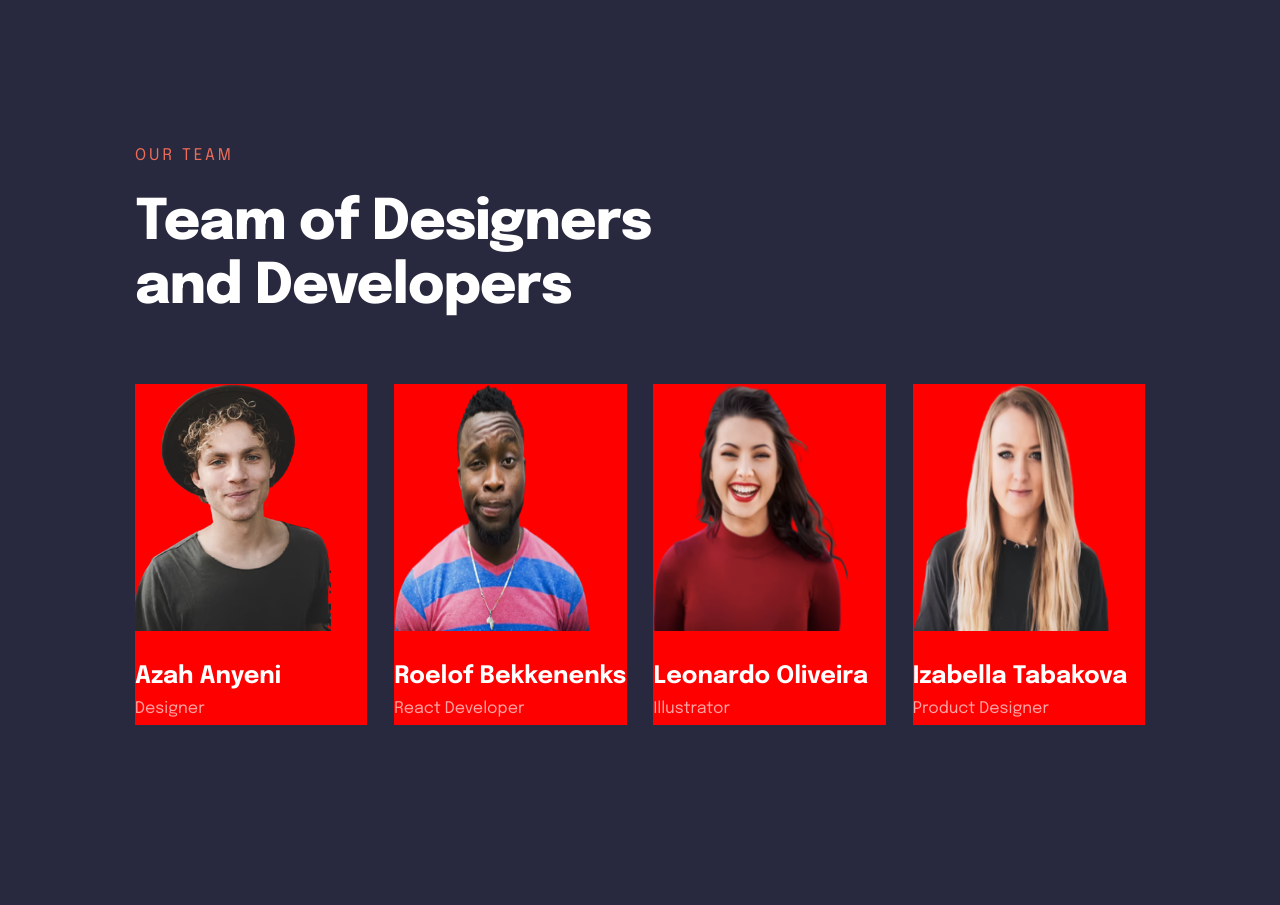
Repository: MehdiKerimov/Figma-task-10
Page: pages/teamPage/index.html
The author's editor kept a copy of each file at every save. The page is drawn from the files as they stood at one save, then again after the next save.
The browser window is 1280 px wide. The pictures show the whole page.

Above is the page before, as saved 2023-09-09 15:22:55.

### pages/teamPage/index.html
<!DOCTYPE html>
<html lang="en">
  <head>
    <meta charset="UTF-8" />
    <meta name="viewport" content="width=device-width, initial-scale=1.0" />
    <title>Document</title>
    <link rel="stylesheet" href="index.css" />
  </head>
  <body>
    <div class="container">
      <div class="text-box">
        <h1>Our Team</h1>
        <h2>Team of Designers and Developers</h2>
      </div>
      <ul>
        <li>
          <div>
            <img src="/images/Bitmap.png" alt="" />
          </div>
          <p>Azah Anyeni</p>
          <a href="#">Designer</a>
        </li>

        <li>
          <img src="/images/Bitmap (3).png" alt="" />
          <p>Roelof Bekkenenks</p>
          <a href="#">React Developer</a>
        </li>

        <li>
          <img src="/images/Bitmap (4).png" alt="" />
          <p>Leonardo Oliveira</p>
          <a href="#">Illustrator</a>
        </li>
        <li>
          <img src="/images/Bitmap (5).png" alt="" />
          <p>Izabella Tabakova</p>
          <a href="#">Product Designer</a>
        </li>
      </ul>
    </div>
  </body>
</html>

### pages/teamPage/index.css
@import url("https://fonts.googleapis.com/css2?family=Epilogue:wght@400;700;800&display=swap");
* {
  padding: 0px;
  margin: 0px;
  box-sizing: border-box;
}
.container {
  padding: 140px 135px 180px 135px;
  min-height: 100vh;
  background: #28293e;
}
.container .text-box h1 {
  color: var(--Text_Light_Accent, #ef6d58);
  font-feature-settings: "clig" off, "liga" off;
  font-family: Epilogue;
  font-size: 16px;
  font-style: normal;
  font-weight: 400;
  line-height: 32px;
  letter-spacing: 3px;
  text-transform: uppercase;
}
.container .text-box h2 {
  margin-top: 20px;
  width: 531px;
  color: var(--Text_Light, #fff);
  font-feature-settings: "clig" off, "liga" off;
  font-family: Epilogue;
  font-size: 56px;
  font-style: normal;
  font-weight: 800;
  line-height: 64px;
  letter-spacing: -1px;
}
.container ul {
  display: flex;
  justify-content: space-between;
}
.container ul li {
  width: 23%;
  margin-top: 64px;
  list-style-type: none;
  background-color: red;
}
.container ul li img {
  width: 196px;
  height: 247px;
}
.container ul li div{
  width: 100%;

}
.container ul li p {
  margin-top: 26px;
  color: var(--Text_Light, #fff);
  font-feature-settings: "clig" off, "liga" off;
  font-family: Epilogue;
  font-size: 24px;
  font-style: normal;
  font-weight: 700;
  line-height: 32px;
}
.container ul li a {
  text-decoration: none;
  color: var(--Text_Light_Gray, rgba(255, 255, 255, 0.64));
  font-feature-settings: "clig" off, "liga" off;
  font-family: Epilogue;
  font-size: 16px;
  font-style: normal;
  font-weight: 400;
  line-height: 32px;
}

After the next save:
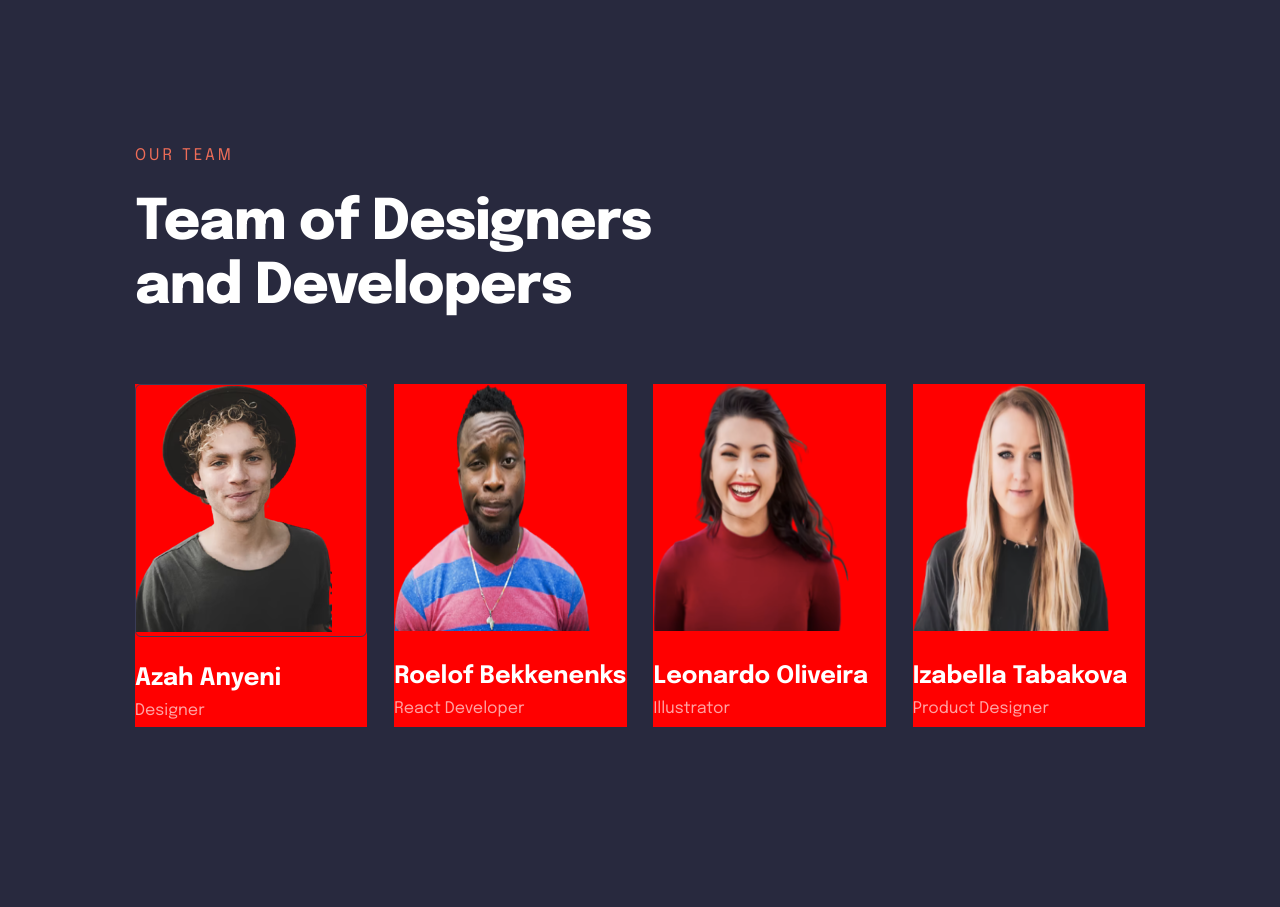
Saved 32 s later.
--- a/pages/teamPage/index.css
+++ b/pages/teamPage/index.css
@@ -48,7 +48,8 @@
 }
 .container ul li div{
   width: 100%;
-
+  border-radius: 6px;
+border: 1px solid #3A3C56;
 }
 .container ul li p {
   margin-top: 26px;
